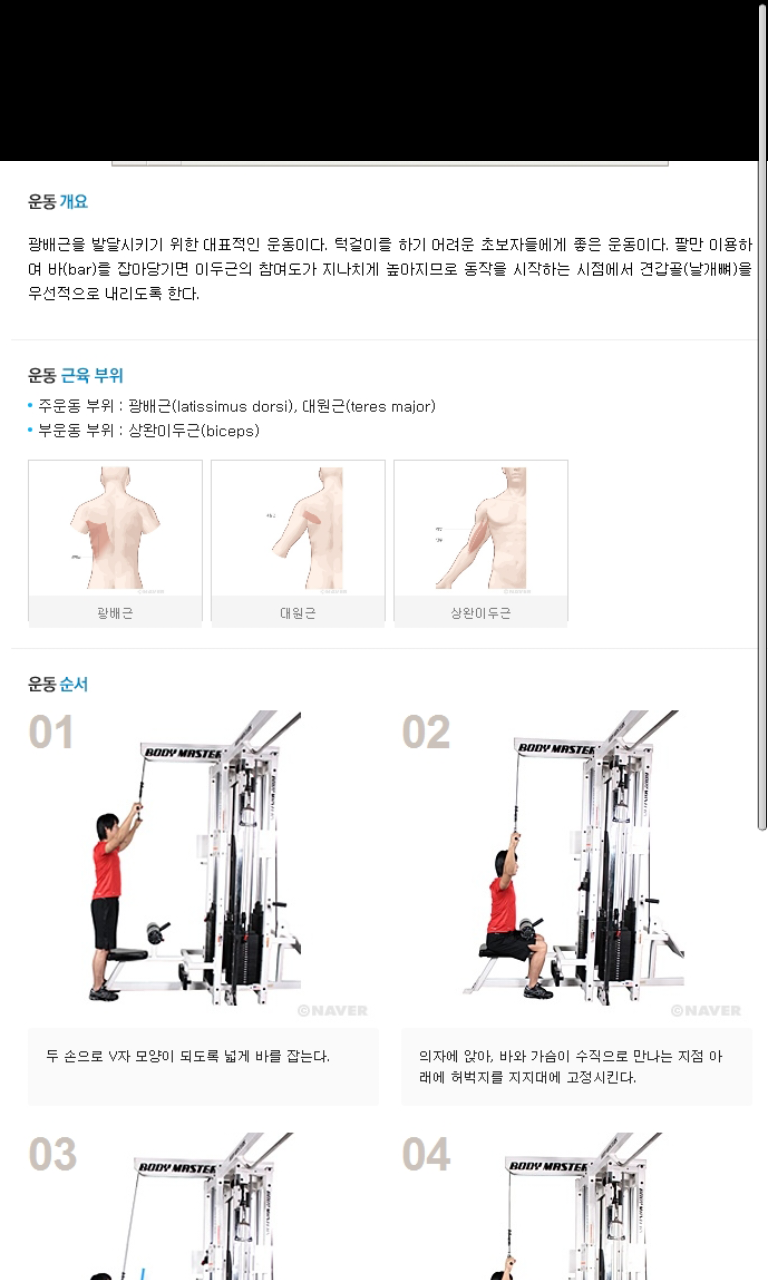
Repository: LewisLim579/2013TeamProject
Layout: PtsApp/res/layout/how1.xml
These files come from the project's save history. The layout is drawn as it stood at one moment and after the next save; the edit follows.
It is drawn on a 768 x 1280 px phone screen (xhdpi) without system bars, with theme android:Theme.NoTitleBar.Fullscreen; the app's code is not run.

Above is the layout before, as saved 2013-05-29 10:02:16.

### PtsApp/res/layout/how1.xml
<ScrollView xmlns:android="http://schemas.android.com/apk/res/android"
    android:id="@+id/scrollView1"
    android:layout_width="wrap_content"
    android:layout_height="wrap_content" >

    <LinearLayout
        android:layout_width="wrap_content"
        android:layout_height="wrap_content"
        android:orientation="vertical" >

        <ImageView
            android:id="@+id/imageView1"
            android:layout_width="fill_parent"
            android:layout_height="fill_parent"
            android:src="@drawable/lpdown"
            android:scaleType="matrix"
            android:scaleType="centerInside" />
    </LinearLayout>

</ScrollView>

After the next save:
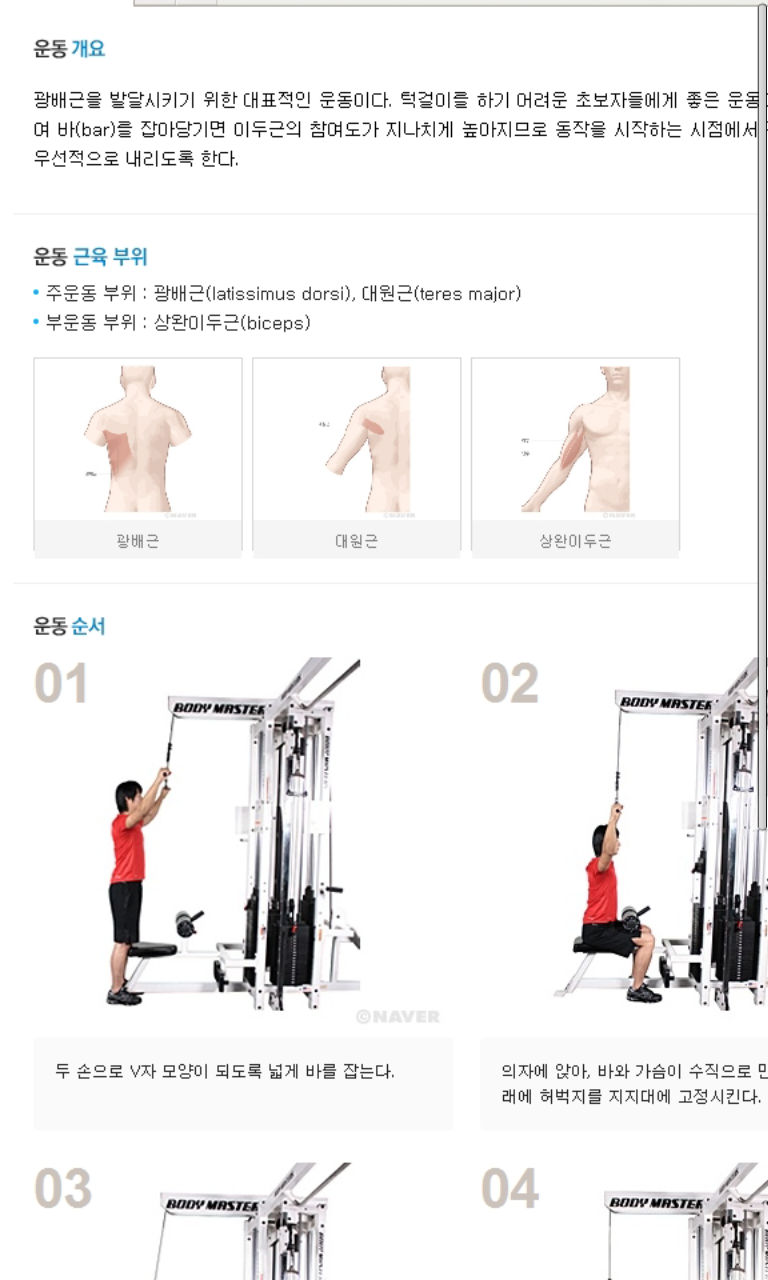
Saved 2 min 12 s later.
--- a/PtsApp/res/layout/how1.xml
+++ b/PtsApp/res/layout/how1.xml
@@ -14,7 +14,7 @@
             android:layout_height="fill_parent"
             android:src="@drawable/lpdown"
             android:scaleType="matrix"
-            android:scaleType="centerInside" />
+            />
     </LinearLayout>
 
 </ScrollView>

After the save that followed:
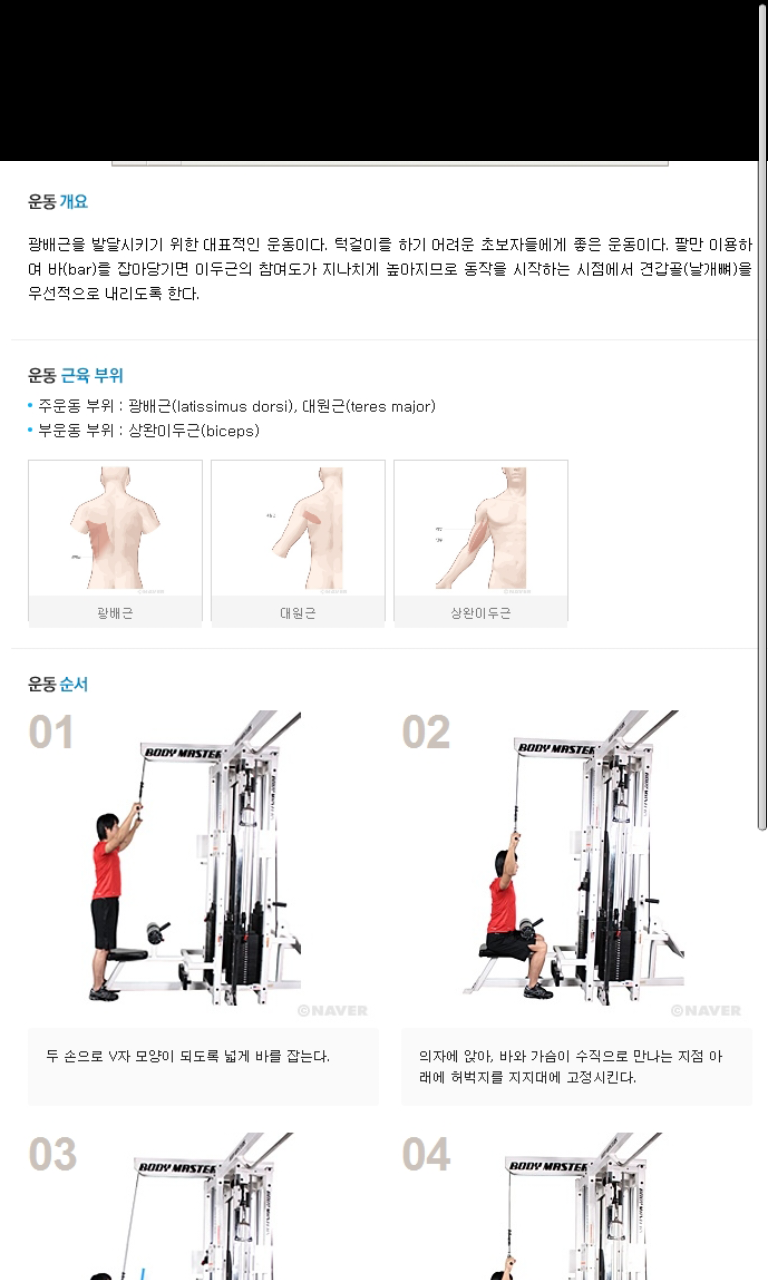
Saved 34 s later.
--- a/PtsApp/res/layout/how1.xml
+++ b/PtsApp/res/layout/how1.xml
@@ -13,7 +13,7 @@
             android:layout_width="fill_parent"
             android:layout_height="fill_parent"
             android:src="@drawable/lpdown"
-            android:scaleType="matrix"
+            android:scaleType="centerInside"
             />
     </LinearLayout>
 
